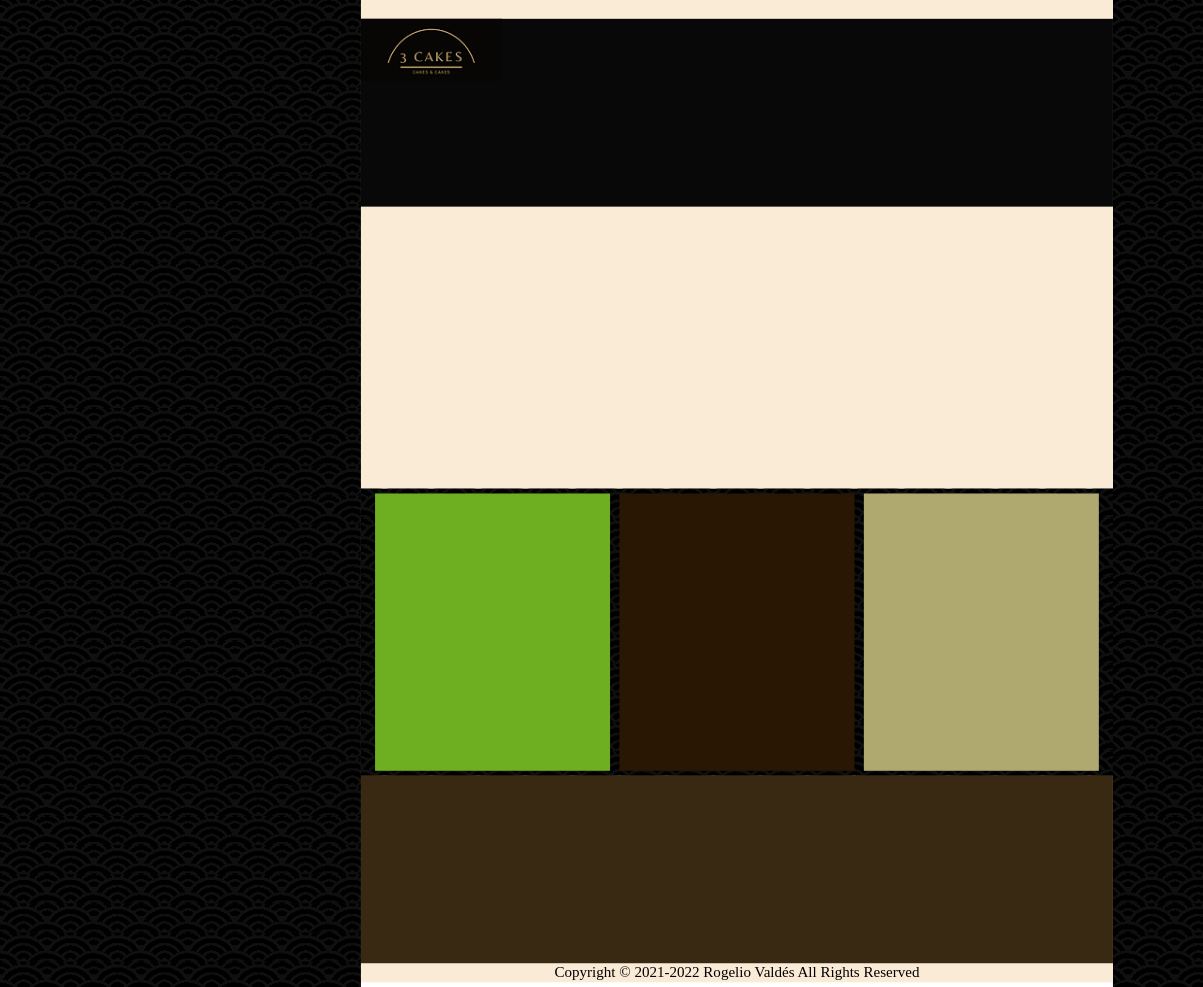
Repository: roge64/htmlfrontend
Page: index.html
An editor plug-in stored every save of this project. The page is shown before and after the next save, followed by the edit.
The browser window is 1280 px wide. The pictures show the whole page, at 94% of full size.

Above is the page before, as saved 2022-03-02 16:55:19.

After the next save:
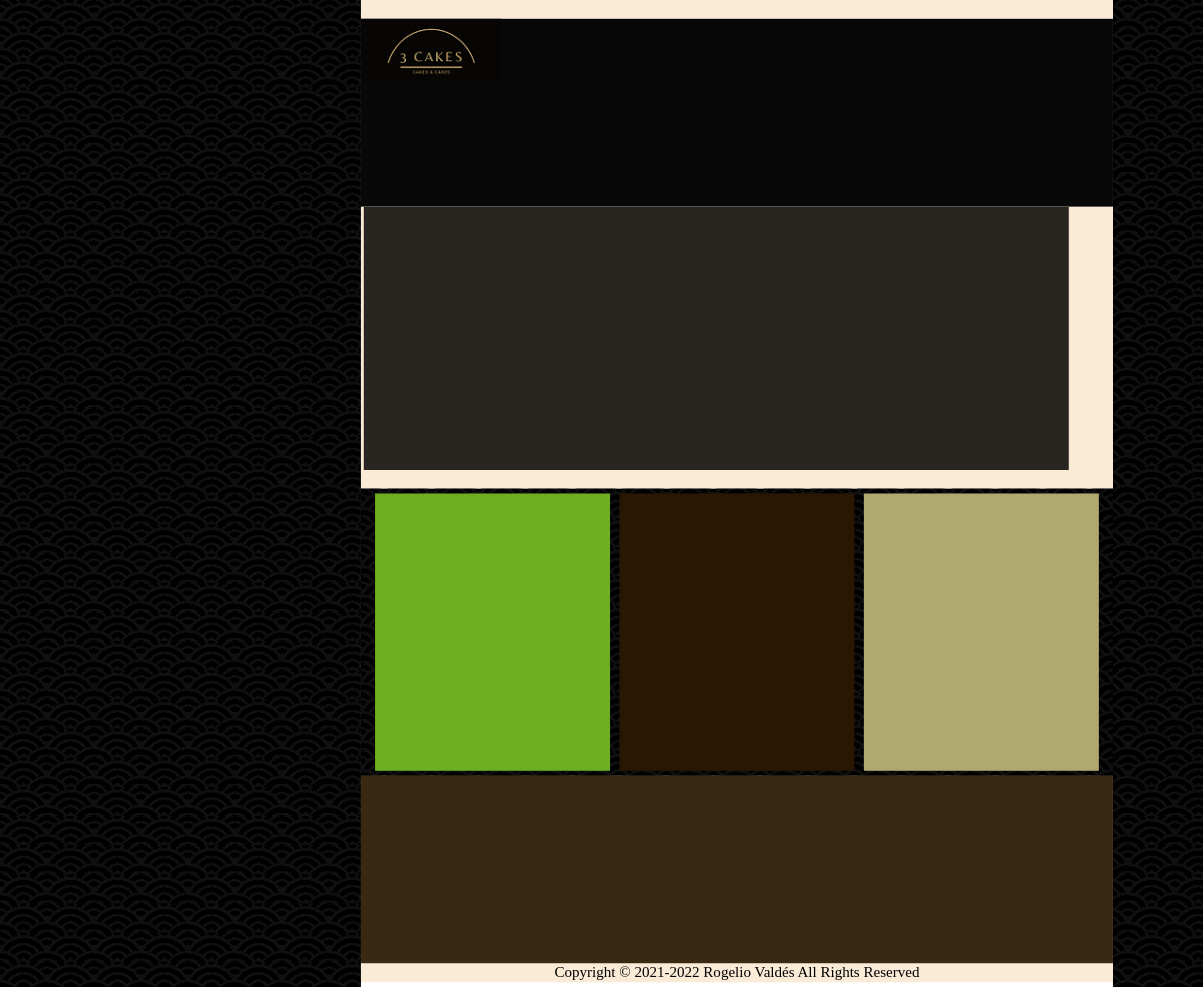
Saved 3 min 13 s later.
--- a/estilos/estilos.css
+++ b/estilos/estilos.css
@@ -78,6 +78,16 @@ footer{
     height: 20px;
 }
 
+#noticias #news1{
+    background-color: rgb(41, 38, 34);
+    width: 750px;
+    height: 280px;
+    display: inline-block;
+    vertical-align: top;
+    margin: 0px 3px;
+
+}
+
 #tienda #cake1{
     background: rgb(109, 175, 33);
     width: 250px;
